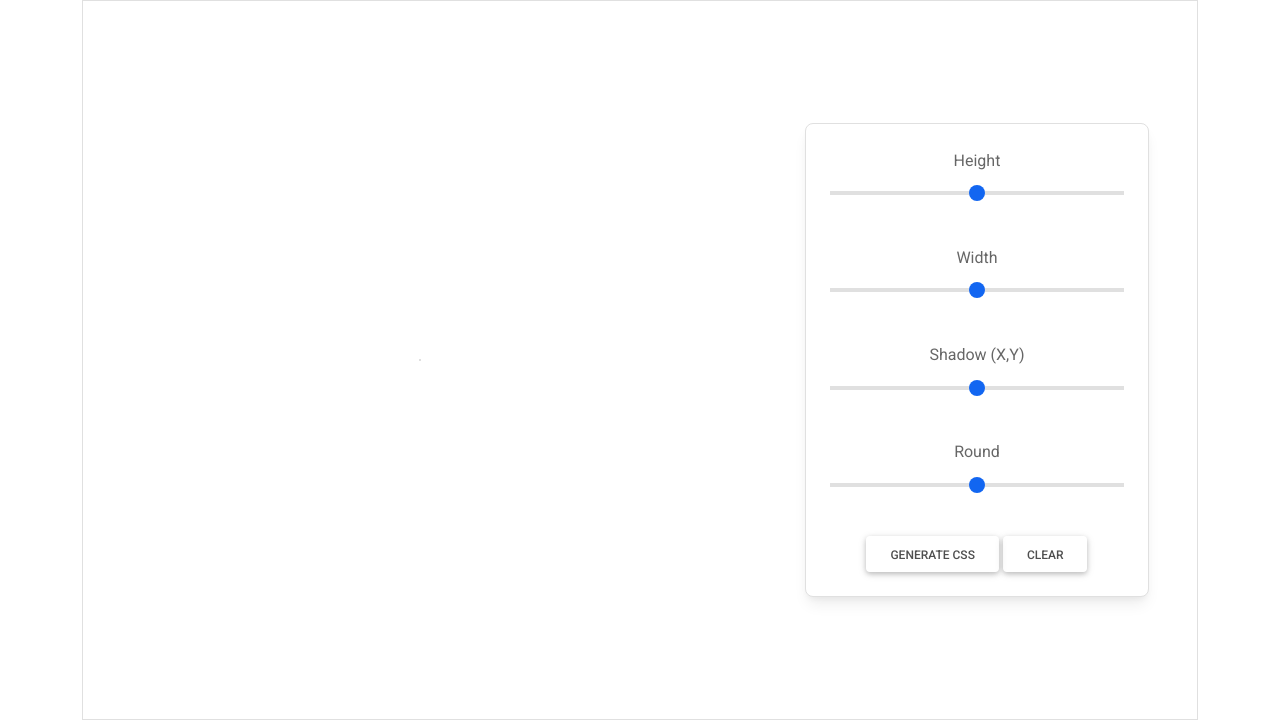
Repository: USaditya98/card-generator
Page: index.html
The author's editor kept a copy of each file at every save. The page is drawn from the files as they stood at one save, then again after a run of saves.
The browser window is 1280 px wide. The pictures show the whole page.

Above is the page before, as saved 2021-10-20 13:24:40.

After the next 2 saves:
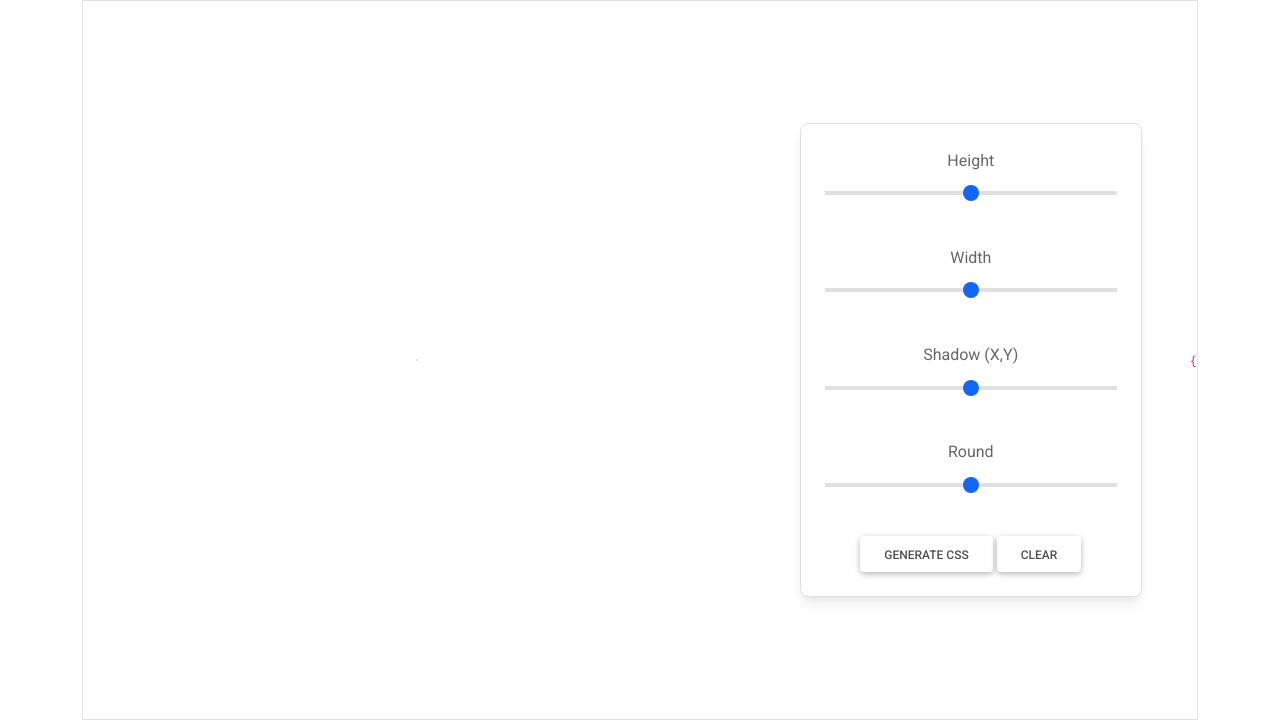
The 2 saves are shown as one change because they came seconds apart.
The last was saved 12 s later.
--- a/index.html
+++ b/index.html
@@ -56,7 +56,7 @@
               </div>
             </div>
             <code id="generatedCss" class="w-auto" >
-
+              <code>{</code>
             </code>
 
       </div>

After the save that followed:
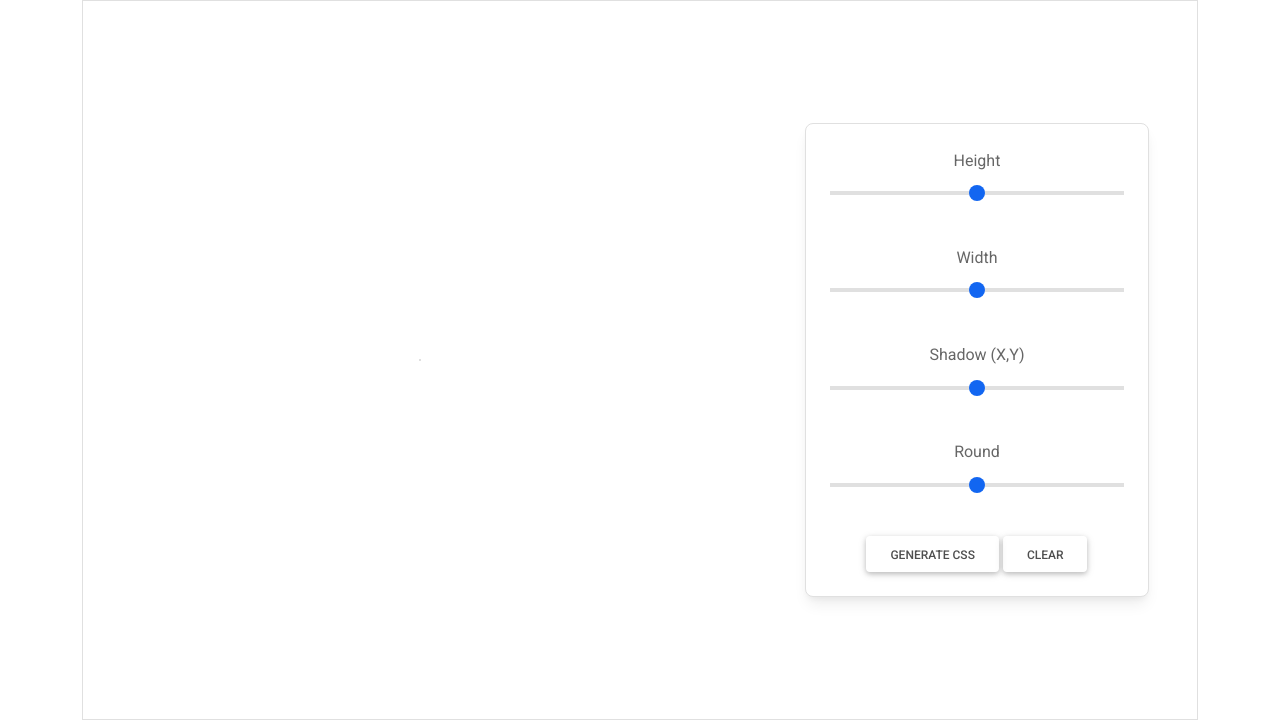
Saved 7 s later.
--- a/index.html
+++ b/index.html
@@ -56,7 +56,7 @@
               </div>
             </div>
             <code id="generatedCss" class="w-auto" >
-              <code>{</code>
+
             </code>
 
       </div>
